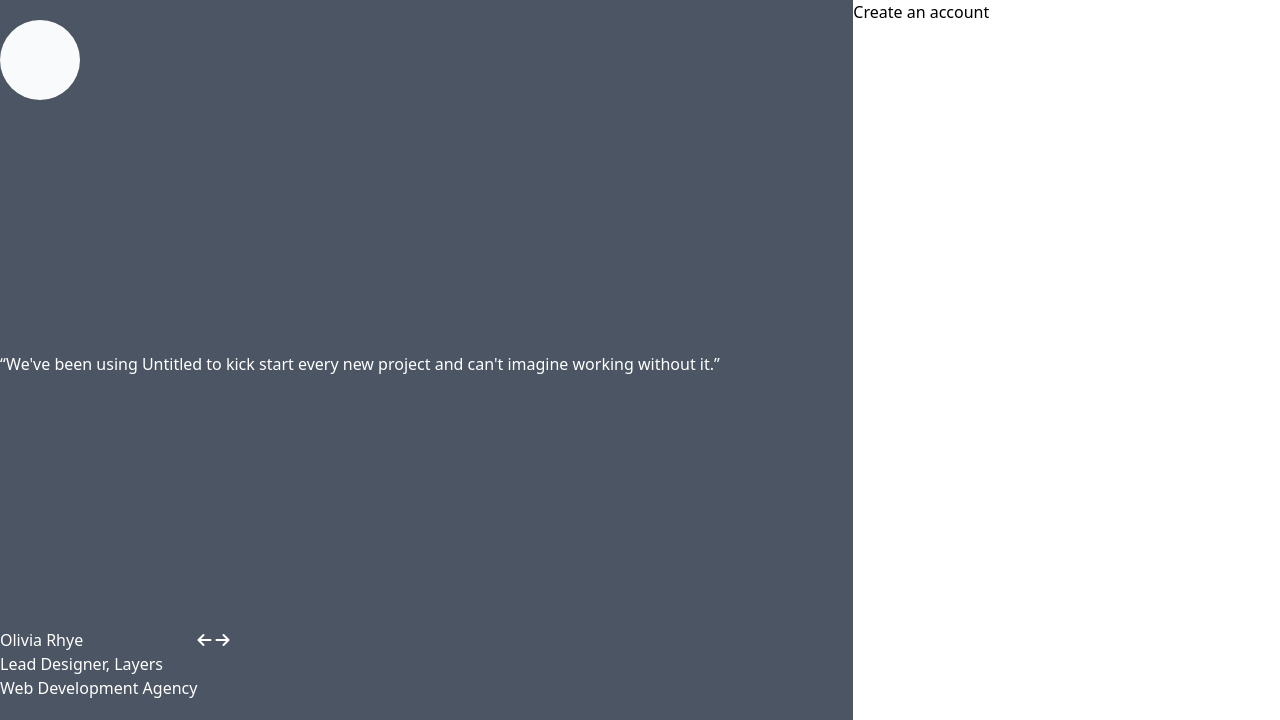
Repository: debthebuilder/youtube-html-contact-form-tailwindcss
Page: contact.html
The author's editor kept a copy of each file at every save. The page is drawn from the files as they stood at one save, then again after the next save.
The browser window is 1280 px wide. The pictures show the whole page.
Some web libraries are served in a nearby version.

Above is the page before, as saved 2022-08-03 05:34:59.

### contact.html
<!DOCTYPE html>
<html lang="en">
<head>
    <meta charset="UTF-8">
    <meta http-equiv="X-UA-Compatible" content="IE=edge">
    <meta name="viewport" content="width=device-width, initial-scale=1.0">
    <link rel="stylesheet" href="https://cdnjs.cloudflare.com/ajax/libs/font-awesome/6.1.2/css/all.min.css" integrity="sha512-1sCRPdkRXhBV2PBLUdRb4tMg1w2YPf37qatUFeS7zlBy7jJI8Lf4VHwWfZZfpXtYSLy85pkm9GaYVYMfw5BC1A==" crossorigin="anonymous" referrerpolicy="no-referrer" />
    <script src="https://cdn.tailwindcss.com"></script>
    <title>HTML Contact Form</title>
</head>
<body>
    <div class="w-full h-screen flex">
        <!--Background Image with Overlay text-->
        <div class="w-4/6 bg-gray-600 text-white flex flex-col justify-between py-5">
            <a href="#" class="block">
                <div class="w-20 h-20 bg-gray-50 rounded-full"></div>
            </a>
            <q>We've been using Untitled to kick start every new project and can't imagine working without it.</q>
            <div class="flex">
                <div>
                    <h3>Olivia Rhye</h3>
                    <div>Lead Designer, Layers</div>
                    <span>Web Development Agency</span>
                </div>
                <div>
                    <span>
                        <i class="fa-solid fa-arrow-left"></i>
                    </span>
                    <span>
                        <i class="fa-solid fa-arrow-right"></i>
                    </span>
                </div>
            </div>
        </div>
        <!--Form-->
        <div class="w-2/6">
            <h2>Create an account</h2>
        </div>
    </div>
</body>
</html>

After the next save:
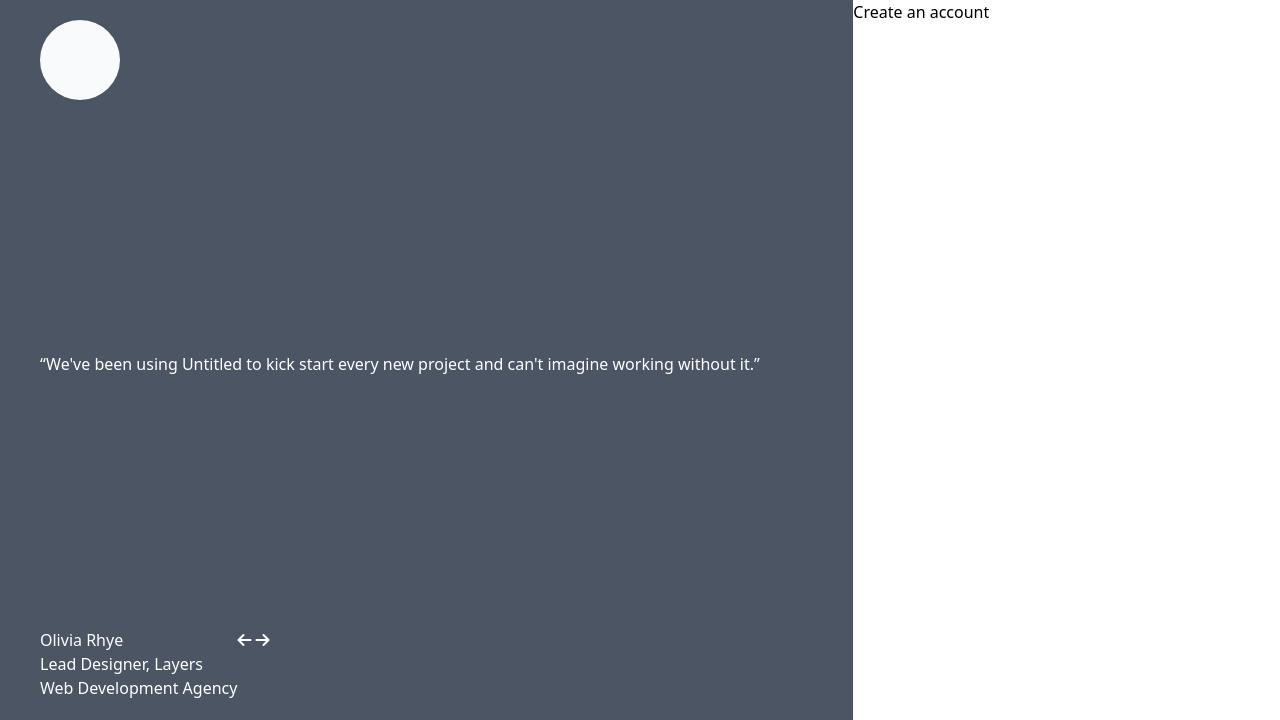
Saved 8 s later.
--- a/contact.html
+++ b/contact.html
@@ -11,7 +11,7 @@
 <body>
     <div class="w-full h-screen flex">
         <!--Background Image with Overlay text-->
-        <div class="w-4/6 bg-gray-600 text-white flex flex-col justify-between py-5">
+        <div class="w-4/6 bg-gray-600 text-white flex flex-col justify-between py-5 px-10">
             <a href="#" class="block">
                 <div class="w-20 h-20 bg-gray-50 rounded-full"></div>
             </a>
